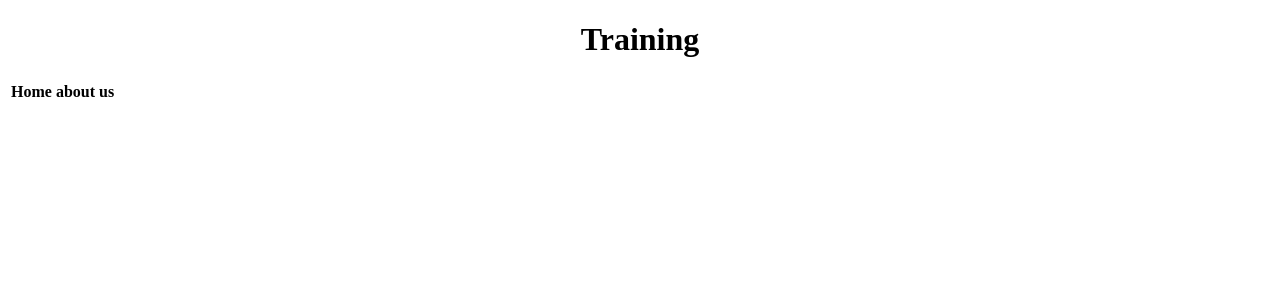
Repository: MethaniVanya/name
Page: cts46/Training/WebContent/Login.html
An editor plug-in stored every save of this project. The page is shown before and after the next save, followed by the edit.
The browser window is 1280 px wide. The pictures show the whole page.

Above is the page before, as saved 2020-03-02 11:06:23.

### cts46/Training/WebContent/Login.html
<!DOCTYPE html>
<html>
<head>
<meta charset="ISO-8859-1">
<title>Insert title here</title>
</head>
<body>
<h1 align="center">Training </h1>
<table>
  <tr>
    <th>Home</th>
    <th>about us</th>
  </tr>
</body>
</html>

After the next save:
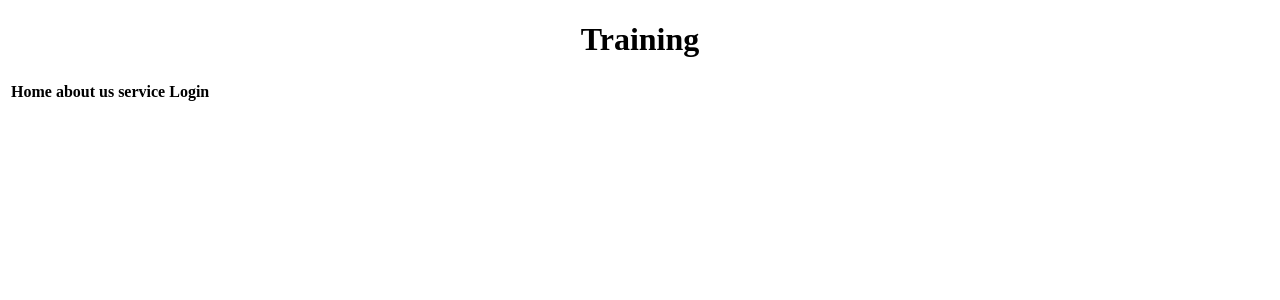
Saved 35 s later.
--- a/cts46/Training/WebContent/Login.html
+++ b/cts46/Training/WebContent/Login.html
@@ -10,6 +10,8 @@
   <tr>
     <th>Home</th>
     <th>about us</th>
-  </tr>
+     <th>service</th>
+    <th>Login</th>
+     </tr>
 </body>
 </html>
